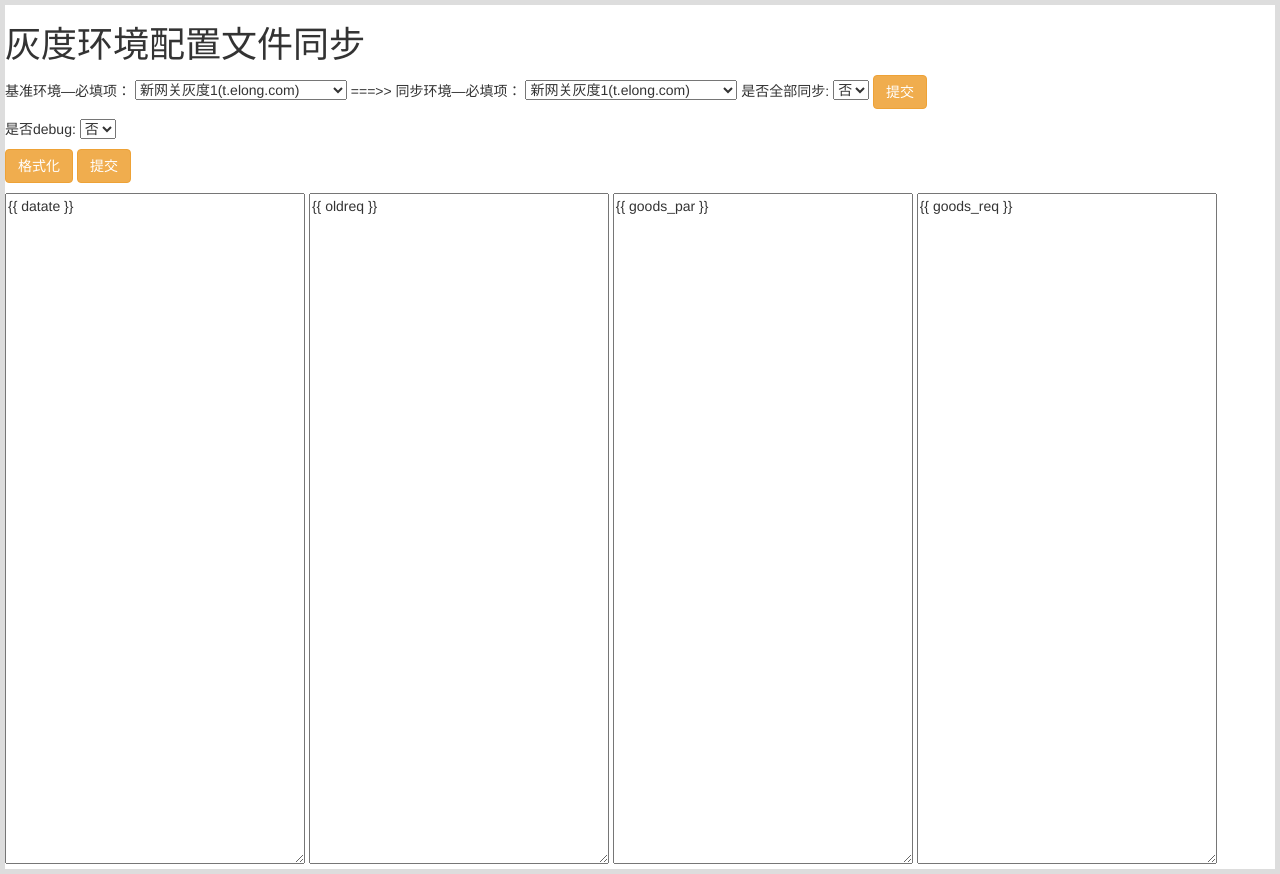
Repository: wangyanqing666/study
Page: other.html
An editor plug-in stored every save of this project. The page is shown before and after the next save, followed by the edit.
The browser window is 1280 px wide. The pictures show the whole page.

Above is the page before, as saved 2020-09-28 14:05:11.

After the next save:
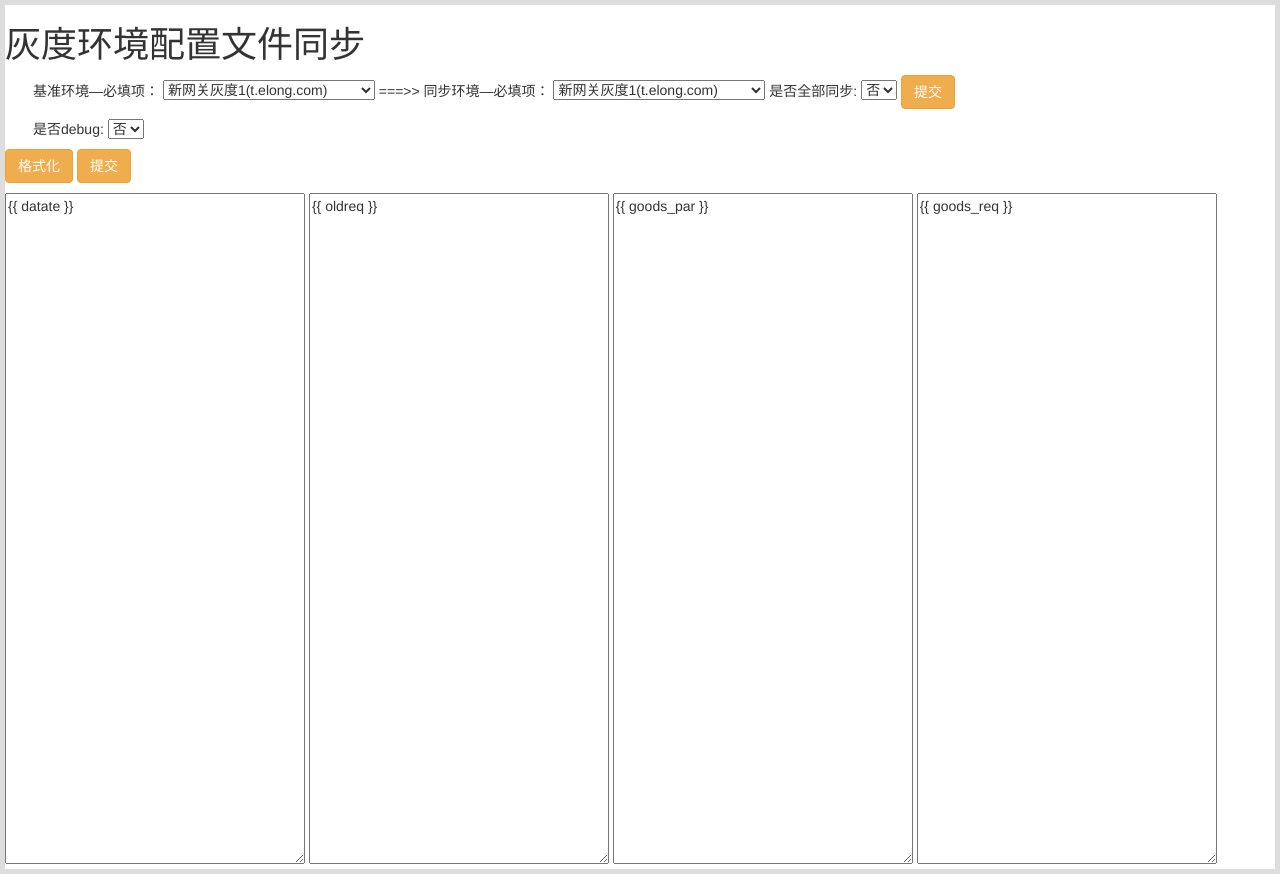
Saved 71 s later.
--- a/other.html
+++ b/other.html
@@ -119,7 +119,7 @@
 <body>
     <div style="border:5px solid #ddd;">
         <h1>灰度环境配置文件同步</h1>
-        <div>
+        <div style="text-indent:2em;">
             <h5>
                 <span>基准环境—必填项：</span>
                 <select id="baseenv" name="baseenv">
